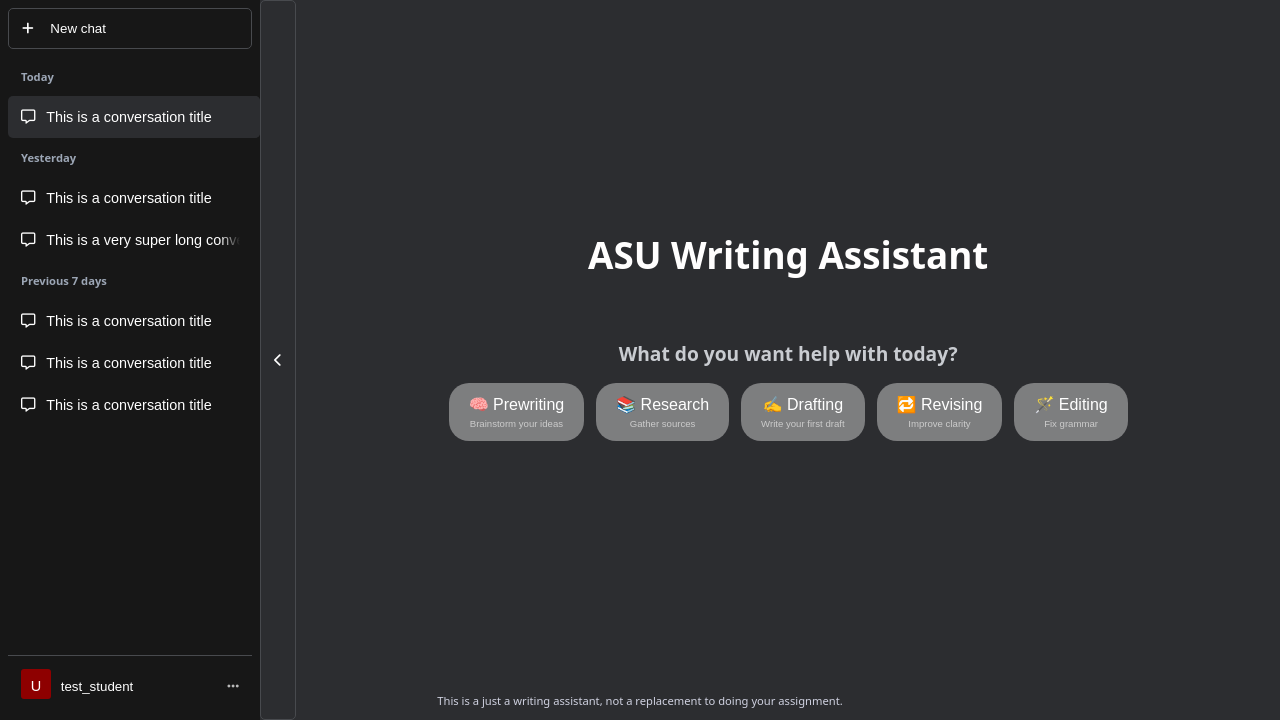
Repository: nysajain/asu-ai-writing-assistant
Page: frontend/index.html
These files come from the project's save history. The page is drawn as it stood at one moment and after a run of saves; the edit follows.
The browser window is 1280 px wide. The pictures show the whole page.

Above is the page before, as saved 2025-04-21 15:30:55.

### frontend/index.html
<!DOCTYPE html>
<html lang="en">

<head>
    <meta charset="UTF-8" />
    <meta http-equiv="X-UA-Compatible" content="IE=edge" />
    <meta name="viewport" content="width=device-width, initial-scale=1.0" />
    <link rel="stylesheet" href="style.css" />
    <link rel="stylesheet" href="https://cdnjs.cloudflare.com/ajax/libs/font-awesome/6.4.2/css/all.min.css"
        integrity="sha512-z3gLpd7yknf1YoNbCzqRKc4qyor8gaKU1qmn+CShxbuBusANI9QpRohGBreCFkKxLhei6S9CQXFEbbKuqLg0DA=="
        crossorigin="anonymous" referrerpolicy="no-referrer" />
    <title>ASU Writing Bot</title>
</head>

<body>
    <nav id="sidebar">
        <div class="float-top">
            <div class="sidebar-controls">
                <button class="new-chat"><i class="fa fa-plus"></i> New chat</button>
            </div>
            <ul class="conversations">
                <li class="grouping">Today</li>
                <li class="active">
                    <button class="conversation-button"><i class="fa fa-message fa-regular"></i> This is a conversation
                        title</button>
                    <div class="fade"></div>
                    <div class="edit-buttons">
                        <button><i class="fa fa-edit"></i></button>
                        <button><i class="fa fa-trash"></i></button>
                    </div>
                </li>
                <li class="grouping">Yesterday</li>
                <li>
                    <button class="conversation-button"><i class="fa fa-message fa-regular"></i> This is a conversation
                        title</button>
                    <div class="fade"></div>
                    <div class="edit-buttons">
                        <button><i class="fa fa-edit"></i></button>
                        <button><i class="fa fa-trash"></i></button>
                    </div>
                </li>
                <li>
                    <button class="conversation-button"><i class="fa fa-message fa-regular"></i> This is a very super
                        long conversation title that doesn't fit</button>
                    <div class="fade"></div>
                    <div class="edit-buttons">
                        <button><i class="fa fa-edit"></i></button>
                        <button><i class="fa fa-trash"></i></button>
                    </div>
                </li>
                <li class="grouping">Previous 7 days</li>
                <li>
                    <button class="conversation-button"><i class="fa fa-message fa-regular"></i> This is a conversation
                        title</button>
                    <div class="fade"></div>
                    <div class="edit-buttons">
                        <button><i class="fa fa-edit"></i></button>
                        <button><i class="fa fa-trash"></i></button>
                    </div>
                </li>
                <li>
                    <button class="conversation-button"><i class="fa fa-message fa-regular"></i> This is a conversation
                        title</button>
                    <div class="fade"></div>
                    <div class="edit-buttons">
                        <button><i class="fa fa-edit"></i></button>
                        <button><i class="fa fa-trash"></i></button>
                    </div>
                </li>
                <li>
                    <button class="conversation-button"><i class="fa fa-message fa-regular"></i> This is a conversation
                        title</button>
                    <div class="fade"></div>
                    <div class="edit-buttons">
                        <button><i class="fa fa-edit"></i></button>
                        <button><i class="fa fa-trash"></i></button>
                    </div>
                </li>
            </ul>
        </div>
        <div class="user-menu">
            <button>
                <i class="user-icon">u</i>
                test_student
                <i class="fa fa-ellipsis dots"></i>
            </button>
            <ul>
                <li><button>Settings</button></li>
                <li><button>Log out</button></li>
            </ul>
        </div>
    </nav>

    <button class="hide-sidebar" title="Toggle Sidebar"><i class="fa fa-chevron-left"></i></button>

    <main>
        <div class="view new-chat-view">
            <div class="logo">ASU Writing Assistant</div>
            <div class="step-selection">
                <p>What do you want help with today?</p>
                <div class="step-buttons">
                    <button class="step-button" data-step="prewriting">
                        🧠 Prewriting
                        <span class="desc">Brainstorm your ideas</span>
                    </button>
                    <button class="step-button" data-step="research">
                        📚 Research
                        <span class="desc">Gather sources</span>
                    </button>
                    <button class="step-button" data-step="drafting">
                        ✍️ Drafting
                        <span class="desc">Write your first draft</span>
                    </button>
                    <button class="step-button" data-step="revising">
                        🔁 Revising
                        <span class="desc">Improve clarity</span>
                    </button>
                    <button class="step-button" data-step="editing">
                        🪄 Editing
                        <span class="desc">Fix grammar</span>
                    </button>
                </div>
            </div>
        </div>

        <div class="view conversation-view" id="prewriting-view" data-step="prewriting">
            <button class="home-icon-button" title="Back to Home"><i class="fa fa-home"></i></button>
            <div class="model-name"><i class="fa fa-pencil"></i> Prewriting</div>
            <div class="messages" id="prewriting-messages"></div>
            <div class="message-form">
                <div class="message-wrapper">
                    <textarea id="message-prewriting" class="message-input" rows="1"
                        placeholder="Send a message"></textarea>
                    <button id="send-prewriting" class="send-button"><i class="fa fa-paper-plane"></i></button>
                </div>
            </div>
        </div>

        <div class="view conversation-view" id="research-view" data-step="research">
            <button class="home-icon-button" title="Back to Home"><i class="fa fa-home"></i></button>
            <div class="model-name"><i class="fa fa-book"></i> Research</div>
            <div class="messages" id="research-messages"></div>
            <div class="message-form">
                <div class="message-wrapper">
                    <textarea id="message-research" class="message-input" rows="1"
                        placeholder="Send a message"></textarea>
                    <button id="send-research" class="send-button"><i class="fa fa-paper-plane"></i></button>
                </div>
            </div>
        </div>

        <div class="view conversation-view" id="drafting-view" data-step="drafting">
            <button class="home-icon-button" title="Back to Home">
                <i class="fa fa-home"></i>
            </button>
            <div class="model-name"><i class="fa fa-keyboard"></i> Drafting</div>
            <div class="messages" id="drafting-messages"></div>
            <div class="message-form">
                <div class="message-wrapper">
                    <textarea id="message-drafting" class="message-input" rows="1"
                        placeholder="Send a message"></textarea>
                    <button id="send-drafting" class="send-button"><i class="fa fa-paper-plane"></i></button>
                </div>
            </div>
        </div>


        <div class="view conversation-view" id="revising-view" data-step="revising">
            <button class="home-icon-button" title="Back to Home"><i class="fa fa-home"></i></button>
            <div class="model-name"><i class="fa fa-sync"></i> Revising</div>
            <div class="messages" id="revising-messages"></div>
            <div class="message-form">
                <div class="message-wrapper">
                    <textarea id="message-revising" class="message-input" rows="1"
                        placeholder="Send a message"></textarea>
                    <button id="send-revising" class="send-button"><i class="fa fa-paper-plane"></i></button>
                </div>
            </div>
        </div>

        <div class="view conversation-view" id="editing-view" data-step="editing">
            <button class="home-icon-button" title="Back to Home"><i class="fa fa-home"></i></button>
            <div class="model-name"><i class="fa fa-spell-check"></i> Editing</div>
            <div class="messages" id="editing-messages"></div>
            <div class="message-form">
                <div class="message-wrapper">
                    <textarea id="message-editing" class="message-input" rows="1"
                        placeholder="Send a message"></textarea>
                    <button id="send-editing" class="send-button"><i class="fa fa-paper-plane"></i></button>
                </div>
            </div>
        </div>
        <div class="disclaimer">
            This is a just a writing assistant, not a replacement to doing your assignment.
        </div>
    </main>

    <script src="script.js"></script>
</body>

</html>

### frontend/script.js
const sidebar = document.querySelector("#sidebar");
const hide_sidebar = document.querySelector(".hide-sidebar");
const new_chat_button = document.querySelector(".new-chat");

hide_sidebar.addEventListener("click", () => {
    sidebar.classList.toggle("hidden");
});


const user_menu = document.querySelector(".user-menu ul");
const show_user_menu = document.querySelector(".user-menu button");

show_user_menu.addEventListener("click", () => {
    if (user_menu.classList.contains("show")) {
        user_menu.classList.toggle("show");
        setTimeout(() => {
            user_menu.classList.toggle("show-animate");
        }, 200);
    } else {
        user_menu.classList.toggle("show-animate");
        setTimeout(() => {
            user_menu.classList.toggle("show");
        }, 50);
    }
});

function show_view(view_selector) {
    document.querySelectorAll(".view").forEach(view => {
        view.style.display = "none";
    });

    const view = document.querySelector(view_selector);
    if (view) view.style.display = "flex";
}

function showStepView(step) {
    document.querySelectorAll(".view.conversation-view").forEach(view => {
        view.style.display = "none";
    });

    show_view(".hide-all"); // just in case

    const selectedView = document.querySelector(`#${step}-view`);
    if (selectedView) selectedView.style.display = "flex";
}

new_chat_button.addEventListener("click", () => {
    show_view(".new-chat-view");
});

document.querySelectorAll(".conversation-button").forEach(button => {
    button.addEventListener("click", () => {
        show_view(".conversation-view");
    });
});

let currentStep = null;

document.querySelectorAll(".tab").forEach(tab => {
    tab.addEventListener("click", () => {
        document.querySelectorAll(".tab").forEach(t => t.classList.remove("active"));
        tab.classList.add("active");

        currentStep = tab.dataset.step;
        showStepView(currentStep);
    });
});

document.querySelectorAll(".step-button").forEach(button => {
    button.addEventListener("click", () => {
        const step = button.dataset.step;
        currentStep = step;

        document.querySelectorAll(".tab").forEach(t => {
            t.classList.toggle("active", t.dataset.step === step);
        });

        showStepView(step);
    });
});

document.querySelectorAll(".home-icon-button").forEach(button => {
    button.addEventListener("click", () => {
        currentStep = null;
        document.querySelectorAll(".view.conversation-view").forEach(view => {
            view.style.display = "none";
        });
        document.querySelectorAll(".tab").forEach(t => t.classList.remove("active"));
        show_view(".new-chat-view");
    });
});

// === Per-step message handling ===

const steps = ["prewriting", "research", "drafting", "revising", "editing"];
const API_BASE_URL = "https://pia-asu-writing-center-project.onrender.com";

function formatResponse(text) {
    return text
        .replace(/\*\*(.*?)\*\*/g, "<strong>$1</strong>")
        .split("\n")
        .map(line => `<p>${line.trim()}</p>`)
        .join("");
}

steps.forEach(step => {
    const textarea = document.getElementById(`message-${step}`);
    const sendBtn = document.getElementById(`send-${step}`);
    const messagesContainer = document.getElementById(`${step}-messages`);

    if (!textarea || !sendBtn || !messagesContainer) return;

    // Auto-resize textarea
    textarea.addEventListener("input", () => {
        textarea.style.height = "auto";
        textarea.style.height = Math.min(textarea.scrollHeight + 2, 200) + "px";
    });

    // Handle sending message
    sendBtn.addEventListener("click", async () => {
        const userMessage = textarea.value.trim();
        if (!userMessage) return;

        // Display user message
        const userDiv = document.createElement("div");
        userDiv.className = "user message";
        userDiv.innerHTML = `
            <div class="identity"><i class="user-icon">u</i></div>
            <div class="content"><p>${userMessage}</p></div>
        `;
        messagesContainer.appendChild(userDiv);

        // Clear input
        textarea.value = "";
        textarea.style.height = "auto";

        try {
            const res = await fetch(`${API_BASE_URL}/${step}/chat`, {
                method: "POST",
                headers: { "Content-Type": "application/json" },
                body: JSON.stringify({ message: userMessage }),
            });

            const data = await res.json();

            const botDiv = document.createElement("div");
            botDiv.className = "assistant message";
            botDiv.innerHTML = `
                <div class="identity"><i class="gpt user-icon">G</i></div>
                <div class="content">${formatResponse(data.response)}</div>
            `;
            messagesContainer.appendChild(botDiv);
            setTimeout(() => {
              messagesContainer.scrollTop = messagesContainer.scrollHeight;
            }, 50);
            } catch (err) {
            const errorDiv = document.createElement("div");
            errorDiv.className = "assistant message";
            errorDiv.innerHTML = `
                <div class="identity"><i class="gpt user-icon">G</i></div>
                <div class="content"><p><b>Error:</b> Could not reach the server.</p></div>
            `;
            messagesContainer.appendChild(errorDiv);
        }
    });
});

Loaded but not shown: frontend/style.css (548 lines, source omitted)

After the next 2 saves:
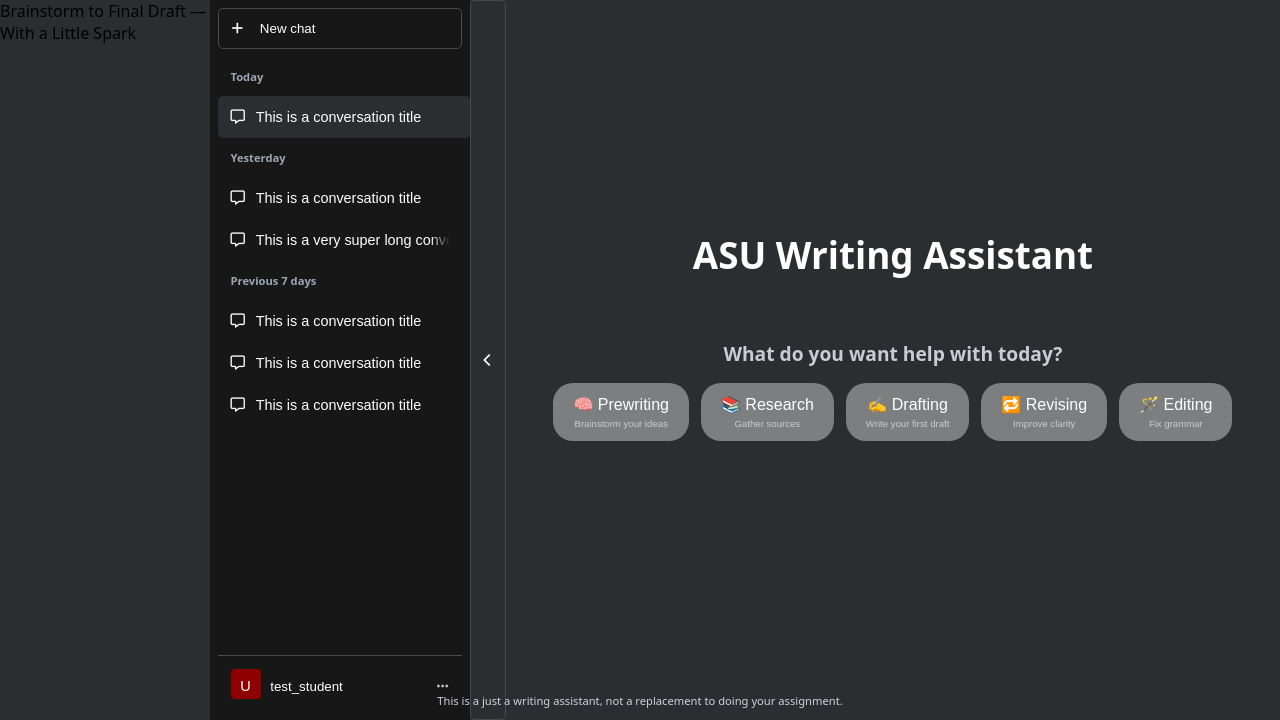
The 2 saves are shown as one change because they came seconds apart.
The last was saved 9 min 30 s later.
--- a/frontend/index.html
+++ b/frontend/index.html
@@ -10,6 +10,7 @@
         integrity="sha512-z3gLpd7yknf1YoNbCzqRKc4qyor8gaKU1qmn+CShxbuBusANI9QpRohGBreCFkKxLhei6S9CQXFEbbKuqLg0DA=="
         crossorigin="anonymous" referrerpolicy="no-referrer" />
     <title>ASU Writing Bot</title>
+    <p>Brainstorm to Final Draft — With a Little Spark</p>
 </head>
 
 <body>

After the 5 saves that followed:
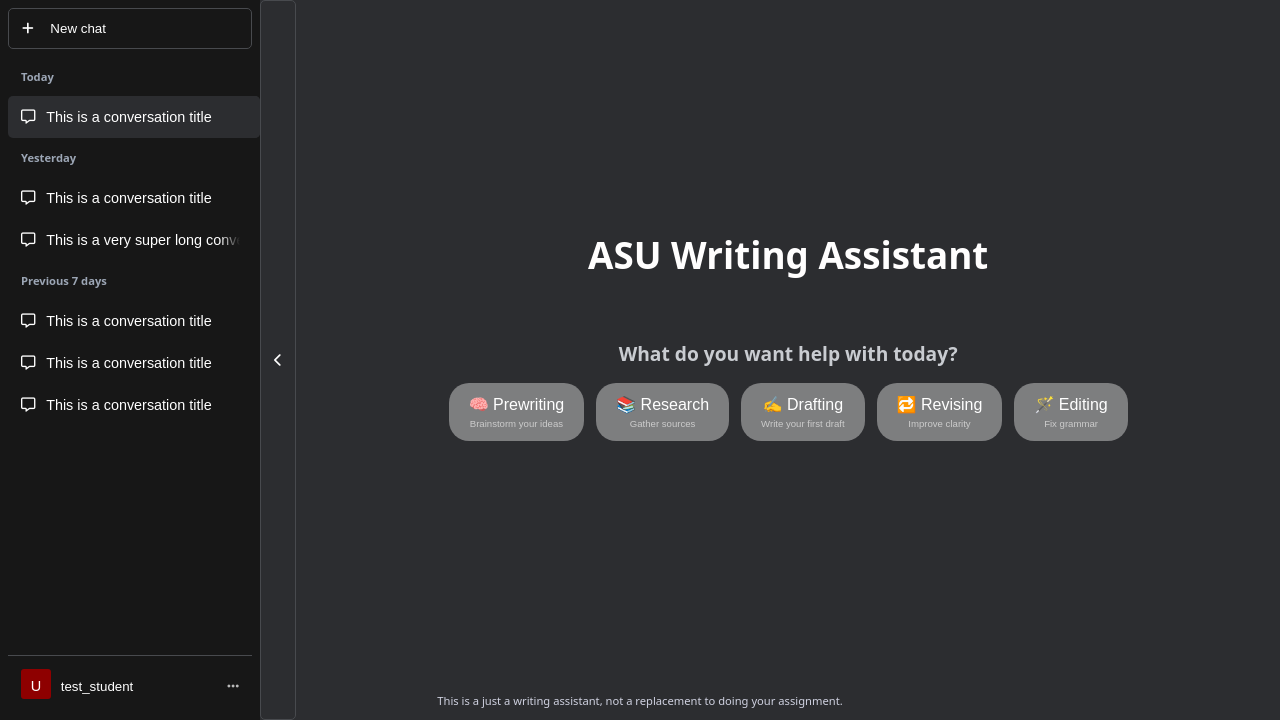
Console error: SyntaxError: Invalid or unexpected token
The 5 saves are shown as one change because 3 left the picture as it was and some came seconds apart.
The last was saved 8 min 40 s later.
--- a/frontend/index.html
+++ b/frontend/index.html
@@ -9,8 +9,8 @@
     <link rel="stylesheet" href="https://cdnjs.cloudflare.com/ajax/libs/font-awesome/6.4.2/css/all.min.css"
         integrity="sha512-z3gLpd7yknf1YoNbCzqRKc4qyor8gaKU1qmn+CShxbuBusANI9QpRohGBreCFkKxLhei6S9CQXFEbbKuqLg0DA=="
         crossorigin="anonymous" referrerpolicy="no-referrer" />
-    <title>ASU Writing Bot</title>
-    <p>Brainstorm to Final Draft — With a Little Spark</p>
+    <title>Sparky Scribe</title>
+    <link rel="icon" type="image/png" href="favicon.png">
 </head>
 
 <body>
--- a/frontend/script.js
+++ b/frontend/script.js
@@ -38,7 +38,7 @@
         view.style.display = "none";
     });
 
-    show_view(".hide-all"); // just in case
+    show_view(".hide-all");
 
     const selectedView = document.querySelector(`#${step}-view`);
     if (selectedView) selectedView.style.display = "flex";
@@ -90,10 +90,10 @@
     });
 });
 
-// === Per-step message handling ===
+
 
 const steps = ["prewriting", "research", "drafting", "revising", "editing"];
-const API_BASE_URL = "https://pia-asu-writing-center-project.onrender.com";
+const API_BASE_URL = "https:
 
 function formatResponse(text) {
     return text
@@ -110,18 +110,18 @@
 
     if (!textarea || !sendBtn || !messagesContainer) return;
 
-    // Auto-resize textarea
+
     textarea.addEventListener("input", () => {
         textarea.style.height = "auto";
         textarea.style.height = Math.min(textarea.scrollHeight + 2, 200) + "px";
     });
 
-    // Handle sending message
+
     sendBtn.addEventListener("click", async () => {
         const userMessage = textarea.value.trim();
         if (!userMessage) return;
 
-        // Display user message
+
         const userDiv = document.createElement("div");
         userDiv.className = "user message";
         userDiv.innerHTML = `
@@ -130,7 +130,7 @@
         `;
         messagesContainer.appendChild(userDiv);
 
-        // Clear input
+
         textarea.value = "";
         textarea.style.height = "auto";
 
@@ -151,9 +151,9 @@
             `;
             messagesContainer.appendChild(botDiv);
             setTimeout(() => {
-              messagesContainer.scrollTop = messagesContainer.scrollHeight;
+                messagesContainer.scrollTop = messagesContainer.scrollHeight;
             }, 50);
-            } catch (err) {
+        } catch (err) {
             const errorDiv = document.createElement("div");
             errorDiv.className = "assistant message";
             errorDiv.innerHTML = `
